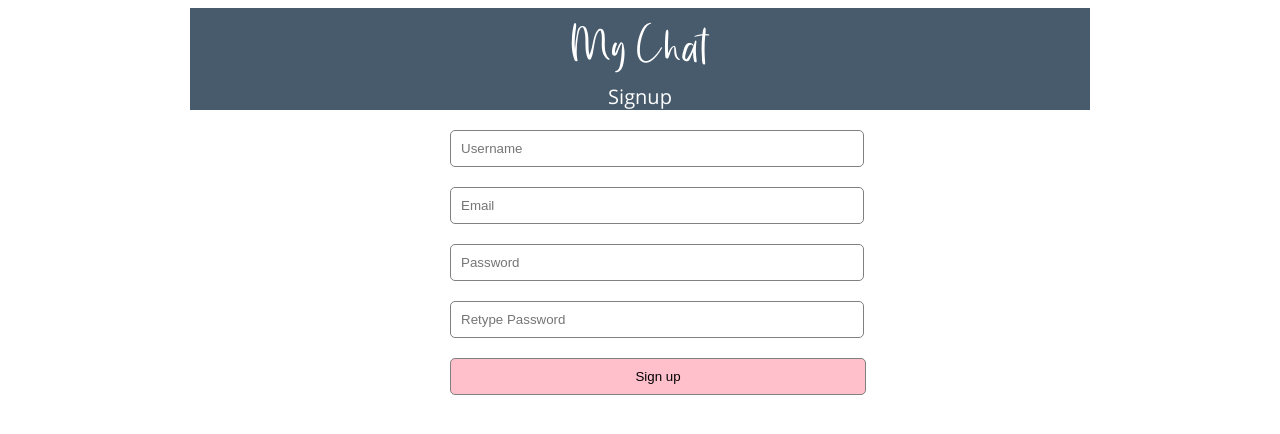
Repository: chathura226/SeekWork_Group_Project_I
Page: http://localhost/signup.php
The author's editor kept a copy of each file at every save. The page is drawn from the files as they stood at one save, then again after the next save.
The browser window is 1280 px wide. The pictures show the whole page.
The page is run by PHP 8.4 with error messages shown; the project is at /var/www/html/.

Above is the page before, as saved 2023-12-07 22:39:51.

After the next save:
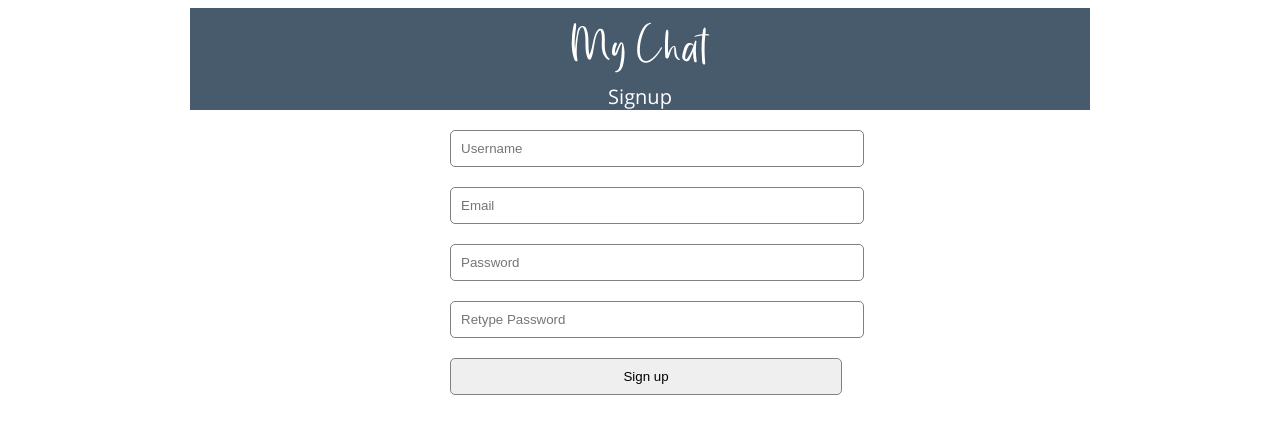
Saved 71 s later.
--- a/chat/signup.php
+++ b/chat/signup.php
@@ -78,7 +78,7 @@
                 <input type="text"  name="email" placeholder="Email"><br>
                 <input type="password"  name="password" placeholder="Password"><br>
                 <input type="password"  name="password2" placeholder="Retype Password"><br>
-                <input type="submit"  value="Sign up" id ="signup_button"><br>
+                <input type="button"  value="Sign up" id ="signup_button"><br>
             </form>
 
 

After the save that followed:
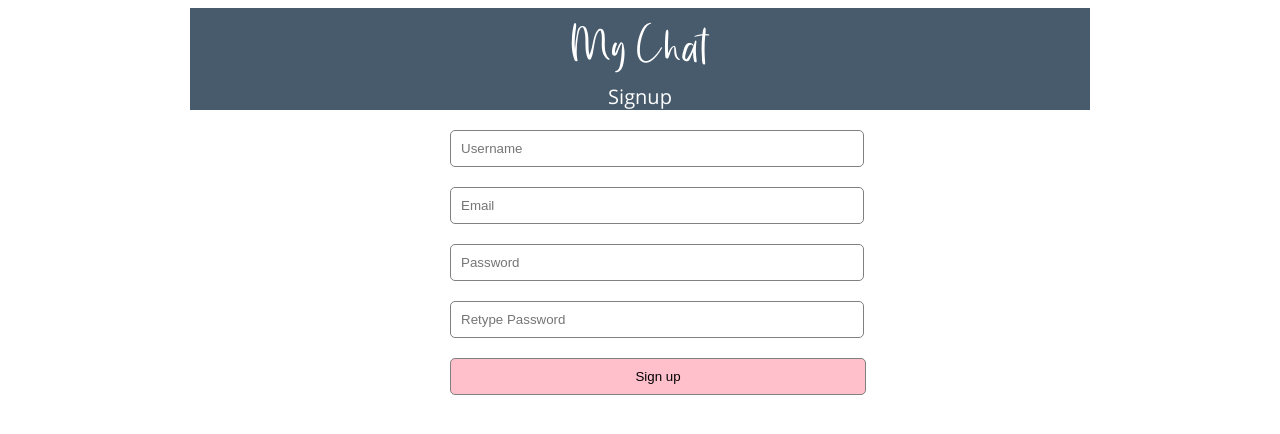
Saved 37 s later.
--- a/chat/signup.php
+++ b/chat/signup.php
@@ -43,7 +43,7 @@
             border:solid 1px grey;
         }
 
-        input[type=submit]{
+        input[type=button]{
             width:104%;
             background-color:pink;
             cursor: pointer;
